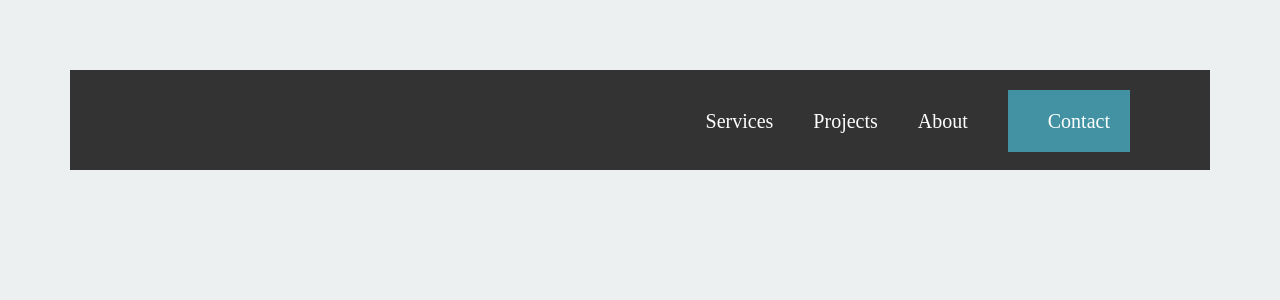
Repository: arifshahriyarnader/css-flexbox
Page: Exercise 1/index.html
The author's editor kept a copy of each file at every save. The page is drawn from the files as they stood at one save, then again after a run of saves.
The browser window is 1280 px wide. The pictures show the whole page.

Above is the page before, as saved 2024-06-15 16:02:34.

### Exercise 1/index.html
<!DOCTYPE html>
<html lang="en">
<head>
    <meta charset="UTF-8">
    <meta name="viewport" content="width=device-width, initial-scale=1.0">
    <title>Navbar Using Flexbox</title>
    <link rel="stylesheet" href="css/style.css">
</head>
<body>
   <nav class="menubar_sec">
       <div class="leftmenu_link">
            <ul>
                <li><a href="#">Services</a></li>
                <li><a href="#">Projects</a></li>
                <li><a href="#">About</a></li>
                <li><a href="#" class="contact_btn">Contact</a></li>
            </ul>
           </div>
   </nav>
</body>
</html>

### Exercise 1/css/style.css
*{
    margin: 0px;
    padding: 0px;
}

ul{
    list-style: none;
}
a{
    text-decoration: none;
}
body{
    background-color: #ECF0F1;
}
.menubar_sec{
    background-color:#333333;
    min-height: 100px;
    margin: 70px;
    display:flex;
    justify-content: flex-end;
}

.leftmenu_link ul{
    display: flex;
    gap:40px;
    padding:40px 80px 20px 0px;

}

.leftmenu_link ul li a{
    color:#fff;
    font-size:20px;
    cursor: pointer;
}
.contact_btn{
    background-color:#4292A3;
    color:#fff;
    padding:20px 20px 20px 40px;

}

After the next 3 saves:
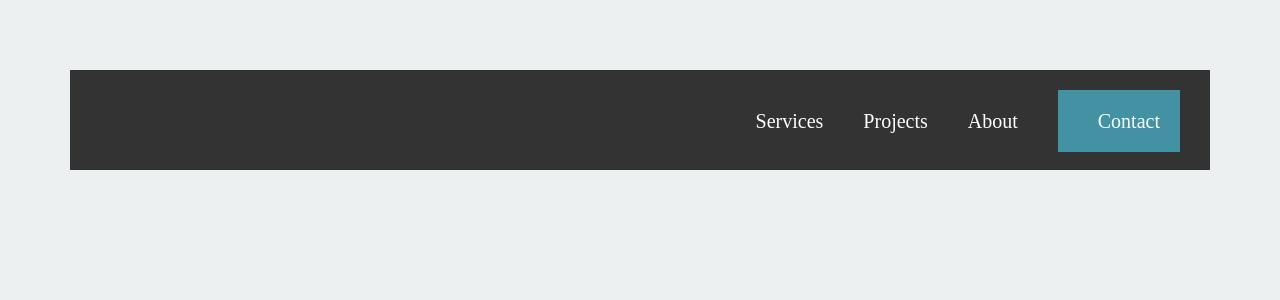
The 3 saves are shown as one change because they came seconds apart.
The last was saved 33 s later.
--- a/Exercise 1/css/style.css
+++ b/Exercise 1/css/style.css
@@ -23,7 +23,7 @@ body{
 .leftmenu_link ul{
     display: flex;
     gap:40px;
-    padding:40px 80px 20px 0px;
+    padding:40px 30px 30px 0px;
 
 }
 
